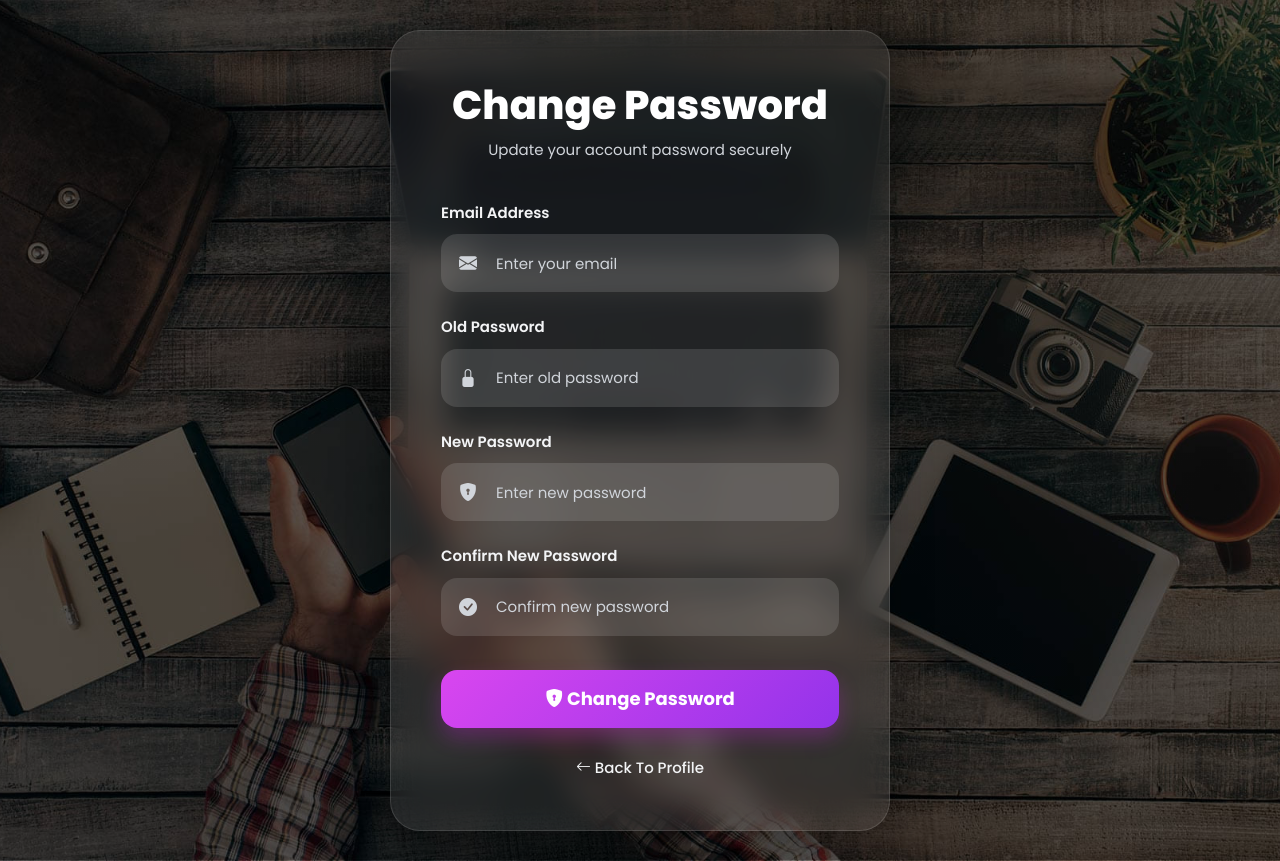
Repository: shiwamshete24-cmyk/eccomerce-laptop-website
Page: http://localhost/eccomerce_laptop_website/change_password.jsp
An editor plug-in stored every save of this project. The page is shown before and after the next save, followed by the edit.
The browser window is 1280 px wide. The pictures show the whole page.
The page is served by Tomcat 10. Other server files are loaded and not shown.

Above is the page before, as saved 2026-05-27 15:05:39.

### eccomerce laptop website/src/main/webapp/change_password.jsp
<%@ page language="java" contentType="text/html; charset=UTF-8"
pageEncoding="UTF-8"%>

<!DOCTYPE html>
<html lang="en">

<head>

<meta charset="UTF-8">

<meta
name="viewport"
content="width=device-width, initial-scale=1.0">

<title>

	Change Password

</title>

<!-- BOOTSTRAP -->

<link
href="https://cdn.jsdelivr.net/npm/bootstrap@5.3.2/dist/css/bootstrap.min.css"
rel="stylesheet">

<!-- ICONS -->

<link
rel="stylesheet"
href="https://cdn.jsdelivr.net/npm/bootstrap-icons@1.11.3/font/bootstrap-icons.css">

<!-- GOOGLE FONT -->

<link
href="https://fonts.googleapis.com/css2?family=Poppins:wght@300;400;500;600;700;800&display=swap"
rel="stylesheet">

<link href="css/change_password.css" rel="stylesheet">

</head>

<body>

<div class="password-box">

	<h1>

		Change Password

	</h1>

	<p>

		Update your account password securely

	</p>

	<form
	action="ChangePassword"
	method="post">

		<!-- EMAIL -->

		<div class="form-group">

			<label>

				Email Address

			</label>

			<div class="input-box">

				<i class="bi bi-envelope-fill"></i>

				<input
				type="email"
				name="email"
				placeholder="Enter your email"
				required>

			</div>

		</div>

		<!-- OLD PASSWORD -->

		<div class="form-group">

			<label>

				Old Password

			</label>

			<div class="input-box">

				<i class="bi bi-lock-fill"></i>

				<input
				type="password"
				name="old_password"
				placeholder="Enter old password"
				required>

			</div>

		</div>

		<!-- NEW PASSWORD -->

		<div class="form-group">

			<label>

				New Password

			</label>

			<div class="input-box">

				<i class="bi bi-shield-lock-fill"></i>

				<input
				type="password"
				name="new_password"
				placeholder="Enter new password"
				required>

			</div>

		</div>

		<!-- CONFIRM PASSWORD -->

		<div class="form-group">

			<label>

				Confirm New Password

			</label>

			<div class="input-box">

				<i class="bi bi-check-circle-fill"></i>

				<input
				type="password"
				name="confirm_password"
				placeholder="Confirm new password"
				required>

			</div>

		</div>

		<!-- BUTTON -->

		<button
		type="submit"
		class="change-btn">

			<i class="bi bi-shield-lock-fill"></i>

			Change Password

		</button>

	</form>

	<!-- BACK -->

	<div class="back-link">

		<a href="profiles.jsp">

			<i class="bi bi-arrow-left"></i>

			Back To Profile

		</a>

	</div>

</div>

</body>

</html>

### eccomerce laptop website/src/main/webapp/css/change_password.css


*{

	margin:0;

	padding:0;

	box-sizing:border-box;

	font-family:'Poppins',sans-serif;

}

body{

	min-height:100vh;

	background:
	linear-gradient(
	rgba(0,0,0,0.65),
	rgba(0,0,0,0.65)
	),

	url("img/myimg3.jpg");

	background-size:cover;

	background-position:center;

	background-repeat:no-repeat;

	overflow-x:hidden;

	display:flex;

	align-items:center;

	justify-content:center;

	padding:30px;

}

/* =========================
   PASSWORD BOX
========================= */

.password-box{

	width:100%;

	max-width:500px;

	background:
	rgba(255,255,255,0.08);

	backdrop-filter:blur(16px);

	border:
	1px solid rgba(255,255,255,0.12);

	border-radius:30px;

	padding:50px;

	box-shadow:
	0 10px 40px rgba(0,0,0,0.35);

	color:white;

	animation:fadeIn 0.8s ease;

}

/* =========================
   ANIMATION
========================= */

@keyframes fadeIn{

	from{

		opacity:0;

		transform:translateY(30px);

	}

	to{

		opacity:1;

		transform:translateY(0);

	}

}

/* =========================
   TEXT
========================= */

.password-box h1{

	font-size:40px;

	font-weight:800;

	margin-bottom:10px;

	text-align:center;

	line-height:1.2;

}

.password-box p{

	text-align:center;

	color:#d1d5db;

	margin-bottom:40px;

	font-size:15px;

}

/* =========================
   FORM
========================= */

.form-group{

	margin-bottom:24px;

}

.form-group label{

	display:block;

	margin-bottom:10px;

	font-size:15px;

	font-weight:600;

	color:#f3f4f6;

}

.input-box{

	position:relative;

}

.input-box i{

	position:absolute;

	left:18px;

	top:50%;

	transform:translateY(-50%);

	color:#d1d5db;

	font-size:18px;

}

.input-box input{

	width:100%;

	height:58px;

	background:
	rgba(255,255,255,0.12);

	border:none;

	outline:none;

	border-radius:16px;

	padding-left:55px;

	padding-right:15px;

	color:white;

	font-size:15px;

	transition:0.3s;

}

.input-box input::placeholder{

	color:#d1d5db;

}

.input-box input:focus{

	background:
	rgba(255,255,255,0.18);

	border:
	1px solid #c026d3;

}

/* =========================
   BUTTON
========================= */

.change-btn{

	width:100%;

	height:58px;

	border:none;

	border-radius:16px;

	background:
	linear-gradient(
	135deg,
	#d946ef,
	#9333ea
	);

	color:white;

	font-size:18px;

	font-weight:700;

	transition:0.4s;

	box-shadow:
	0 10px 20px rgba(192,38,211,0.3);

	margin-top:10px;

}

.change-btn:hover{

	transform:translateY(-4px);

	box-shadow:
	0 15px 30px rgba(192,38,211,0.45);

}

/* =========================
   BACK LINK
========================= */

.back-link{

	text-align:center;

	margin-top:28px;

}

.back-link a{

	color:#f3f4f6;

	text-decoration:none;

	font-size:15px;

	font-weight:500;

	transition:0.3s;

}

.back-link a:hover{

	color:#d946ef;

	text-decoration:underline;

}

/* =========================
   MOBILE
========================= */

@media(max-width:768px){

	.password-box{

		padding:35px 25px;

	}

	.password-box h1{

		font-size:36px;

	}

}

After the next save:
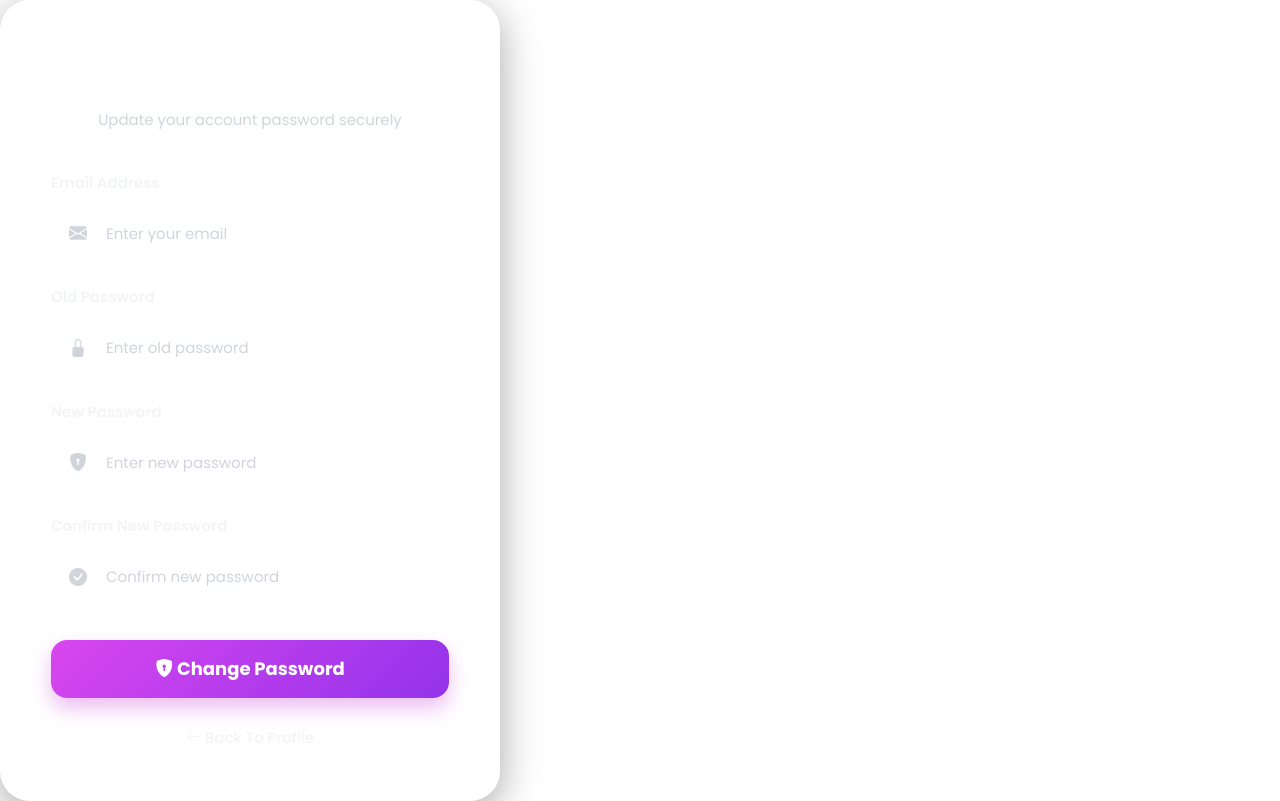
Saved 2 min 32 s later.
--- a/eccomerce laptop website/src/main/webapp/css/change_password.css
+++ b/eccomerce laptop website/src/main/webapp/css/change_password.css
@@ -12,35 +12,7 @@
 
 }
 
-body{
-
-	min-height:100vh;
-
-	background:
-	linear-gradient(
-	rgba(0,0,0,0.65),
-	rgba(0,0,0,0.65)
-	),
-
-	url("img/myimg3.jpg");
-
-	background-size:cover;
-
-	background-position:center;
-
-	background-repeat:no-repeat;
-
-	overflow-x:hidden;
-
-	display:flex;
-
-	align-items:center;
-
-	justify-content:center;
-
-	padding:30px;
-
-}
+
 
 /* =========================
    PASSWORD BOX

After the save that followed:
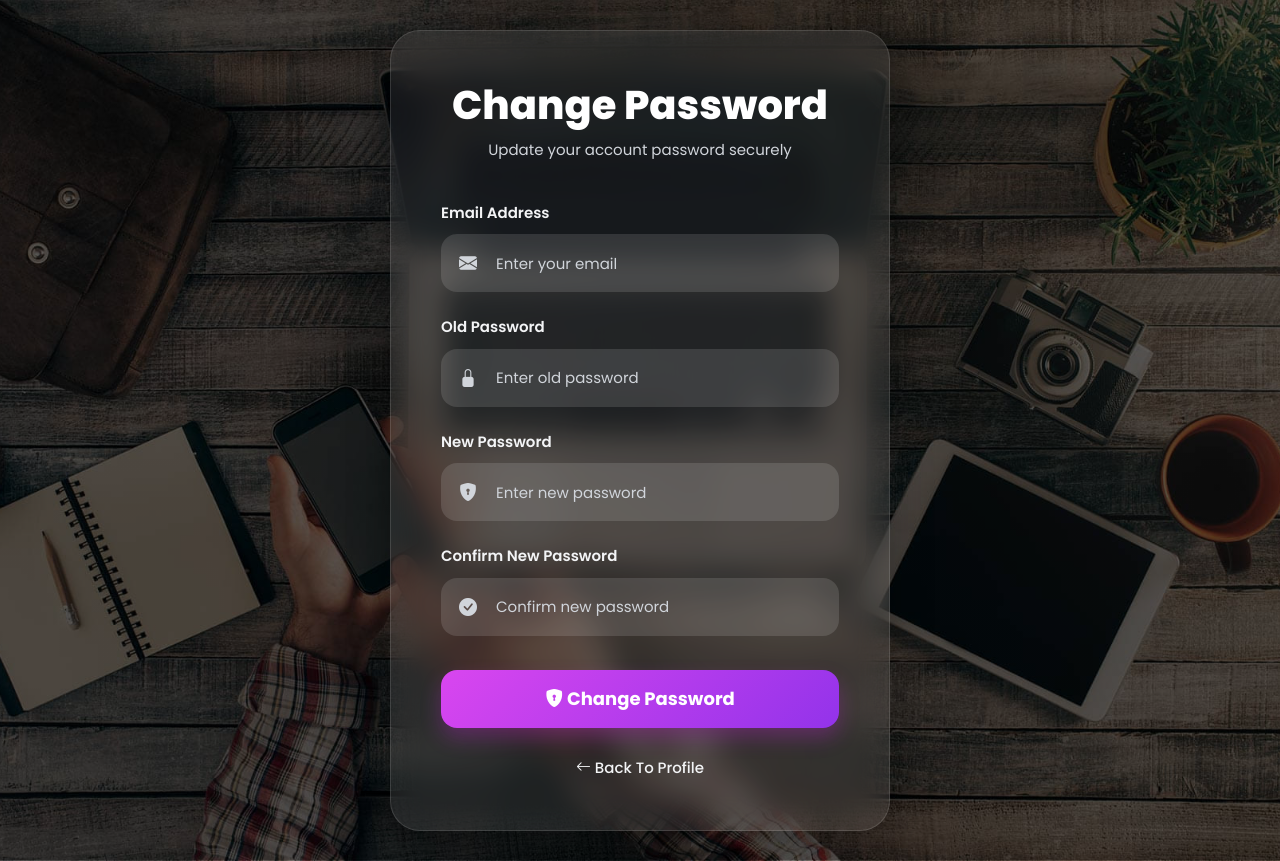
Saved 19 s later.
--- a/eccomerce laptop website/src/main/webapp/change_password.jsp
+++ b/eccomerce laptop website/src/main/webapp/change_password.jsp
@@ -38,6 +38,40 @@ rel="stylesheet">
 
 <link href="css/change_password.css" rel="stylesheet">
 
+<style >
+
+body{
+
+	min-height:100vh;
+
+	background:
+	linear-gradient(
+	rgba(0,0,0,0.65),
+	rgba(0,0,0,0.65)
+	),
+
+	url("img/myimg3.jpg");
+
+	background-size:cover;
+
+	background-position:center;
+
+	background-repeat:no-repeat;
+
+	overflow-x:hidden;
+
+	display:flex;
+
+	align-items:center;
+
+	justify-content:center;
+
+	padding:30px;
+
+}
+
+</style>
+
 </head>
 
 <body>
